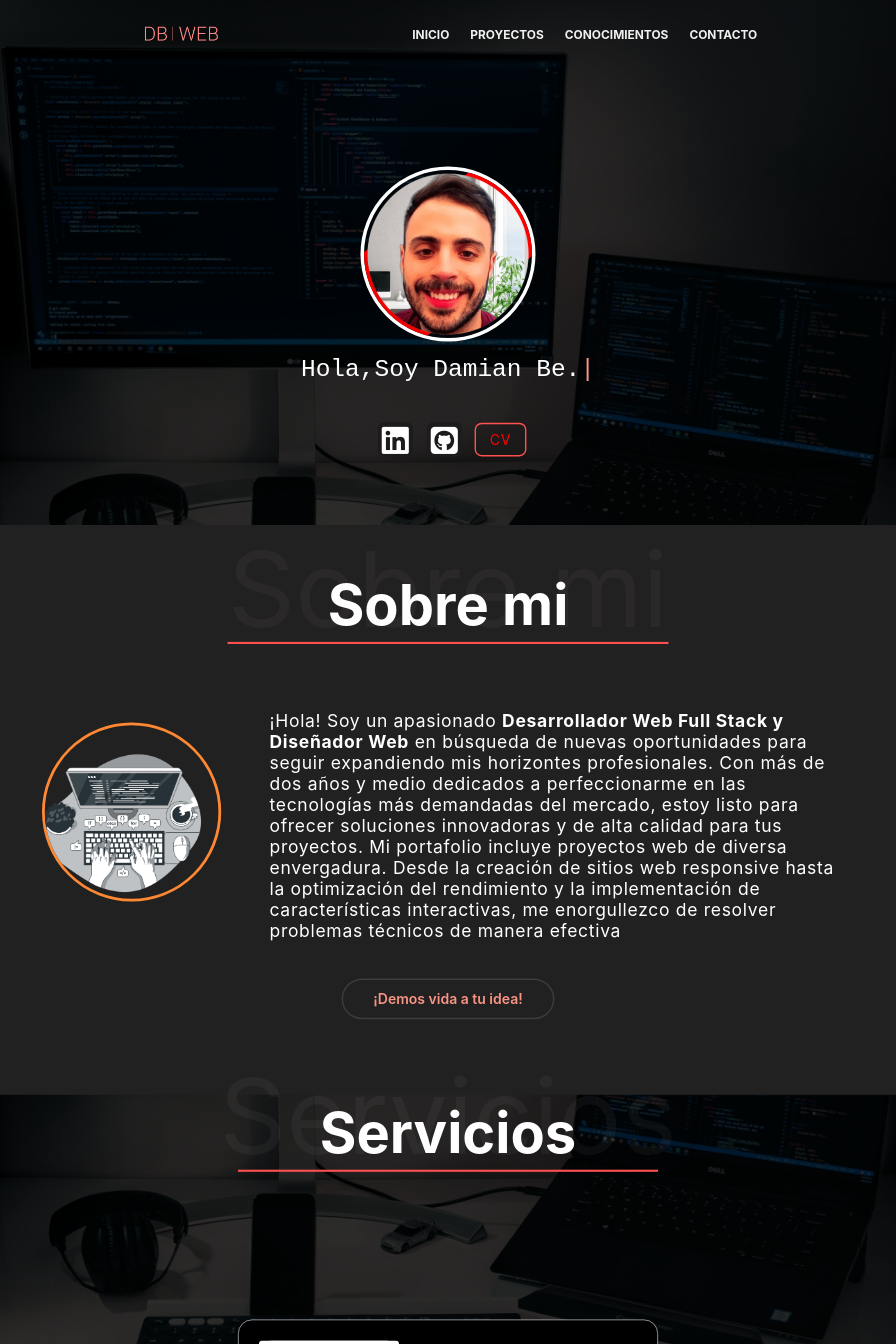
Repository: DamianBermudez94/DB-Porfolio
Page: /
An editor plug-in stored every save of this project. The page is shown before and after the next save, followed by the edit.
The browser window is 1280 px wide. The pictures show the part of the page from y = 0 to 1920 px (the page is 4315 px tall before and 4365 px after), at 70% of full size.
Backgrounds fixed to the window are drawn as part of the page. Some web libraries are served in a nearby version. The project was rebuilt for these pictures with package versions that can differ from the ones it lists, and the page was loaded fresh each time. Also part of the build but not shown: vite.config.js, src/components/Conocimientos/styles.css, src/components/Conocimientos/Conocimientos.jsx, src/pages/AcerdaDe.jsx, src/components/Contacto/styles.css, src/components/Contacto/Contact.jsx, src/pages/contacto.jsx, src/data/trabajos.js and 4 more.

Above is the page before, as saved 2024-04-02 09:31:04.

### index.html
<!DOCTYPE html>
<html lang="es">
  <head>
    <meta charset="utf-8" />
    <meta name="viewport" content="width=device-width, initial-scale=1" />
    <meta name="geo.position" content="-35.1853171; -59.1479442" />
    <link
      rel="icon"
      type="image/png"
      sizes="32x32"
      href="./public/image/icons-favicon-DB.png"
    />
    <link
      rel="apple-touch-icon"
      type="image/png"
      sizes="32x32"
      href="./public/image/icons-favicon-DB.png"
    />

    <link rel="manifest" href="./src/manifiesto.json" />
    <title>Damián Bermúdez - Developer</title>
    <meta name="author" content="Damián Bermúdez" />
    <meta
      name="description"
      content="Desarrollador Web Full Stack - Diseñador Web - Paginás Web - Damián Bermúdez"
    />
    <meta name="theme-color" content="#000000" />
    <!--Estilos-->
    <script
      src="https://kit.fontawesome.com/bdbed0aafa.js"
      crossorigin="anonymous"
    ></script>
    <link rel="preconnect" href="https://fonts.gstatic.com" />
    <link rel="preconnect" href="https://fonts.gstatic.com" />
    <link rel="preconnect" href="https://fonts.gstatic.com" />
    <link rel="preconnect" href="https://fonts.gstatic.com" />
    <link
      href="https://fonts.googleapis.com/css2?family=Raleway:wght@200;300&family=Roboto:wght@100;300&display=swap"
      rel="stylesheet"
    />
  </head>
  <body>
    <div id="root"></div>
    <script type="module" defer src="/src/main.jsx"></script>
  </body>
</html>

### src/main.jsx
import ReactDOM from "react-dom/client";

import App from "./App";
import "./index.css";
const root = ReactDOM.createRoot(document.getElementById("root"));
root.render(<App />);

### src/App.jsx
import { useState, useEffect } from "react";
import { MisRutas } from "./routers/MisRutas";
import { BrowserRouter } from "react-router-dom";
import backgroundImage from "../public/image/banner-parallax2.jpg";
import "./App.css";
function App() {
  const [scrollPosition, setScrollPosition] = useState(0);

  useEffect(() => {
    const handleScroll = () => {
      setScrollPosition(window.pageYOffset);
    };

    window.addEventListener("scroll", handleScroll);

    return () => {
      window.removeEventListener("scroll", handleScroll);
    };
  }, []);

  return (
    <main className="content-main parallax-container">
      <div
        className="parallax-background"
        style={{
          backgroundImage: `url(${backgroundImage})`,
          backgroundPositionY: scrollPosition / 2 + "px",
        }}
      />
      <div className="parallax-content">
        <BrowserRouter>
          <MisRutas />
        </BrowserRouter>
      </div>
    </main>
  );
}

export default App;

### src/index.css
* {
  margin: 0;
  padding: 0;
  box-sizing: border-box;
}
body {
  font-family: -apple-system, BlinkMacSystemFont, "Segoe UI", "Roboto", "Oxygen",
    "Ubuntu", "Cantarell", "Fira Sans", "Droid Sans", "Helvetica Neue",
    sans-serif;
  -webkit-font-smoothing: antialiased;
  -moz-osx-font-smoothing: grayscale;
}

### src/routers/MisRutas.jsx
import {Routes, Route } from "react-router-dom";

import { Inicio } from "../pages/Inicio";
/*import { Servicios } from "../pages/Servicios";*/
import { AcerdaDe } from "../pages/AcerdaDe";
import { Contacto } from "../pages/contacto";
import { Proyectos } from "../pages/Proyecto";
import { Error } from "../components/Error";
import { NavHeader } from "../components/header/NavHeader";
import { Footer } from "../components/Footer/Footer";

export const MisRutas = () => {
  return (
    <div className="layout">
      {/*Header y navegacion*/}
      <NavHeader />
      {/*Contenido general*/}

      <Routes>
        <Route path="/" element={<Inicio />} />
        <Route path="/inicio" element={<Inicio />} />
        <Route path="/conocimientos" element={<AcerdaDe />} />
        <Route path="/contacto" element={<Contacto />} />
        <Route path="/proyecto" element={<Proyectos />} />
        <Route path="*" element={<Error />} />
      </Routes>

      {/* Footer*/}
      <Footer />
    </div>
  );
};

### src/App.css
.parallax-container {
  position: relative;
  overflow: hidden;
  color: #fff;


}
.parallax-background {
  position: absolute;
  top: 0;
  left: 0;
  width: 100%;
  height: 100%;
  background-size: cover;
  background-position: center;
  background-attachment: fixed;

}
.parallax-content {
 /* Agregamos una transición para suavizar la animación */
  padding-top: 150px;
  background-color: rgba(0, 0, 0, 0.8);
  position: relative;
  z-index: 1; /* Asegura que el contenido esté sobre la imagen de fondo */
}

### src/pages/Inicio.jsx
import { Home } from "../components/Home/Home";
export const Inicio = () => {
  return (
    <section>
      <Home />
    </section>
  );
};

### src/components/header/NavHeader.jsx
import { useState, useEffect } from "react";
import { NavLink } from "react-router-dom";
import "./NavHeader.css";
import BurguerButton from "./burgerButton";

export const NavHeader = () => {
  const [clicked, setClicked] = useState(false);
  const [scrolled, setScrolled] = useState(false);
  const handleClick = () => {
    //cuando esta true lo pasa a false y vice versa
    setClicked(!clicked);
  };
  useEffect(() => {
    const handleScroll = () => {
      if (window.scrollY > 50) {
        setScrolled(true);
      } else {
        setScrolled(false);
      }
    };

    window.addEventListener("scroll", handleScroll);

    // Limpiar el event listener en el desmontaje del componente
    return () => {
      window.removeEventListener("scroll", handleScroll);
    };
  }, []);

  return (
    <header className={`header ${scrolled ? "scrolled" : ""}`}>
      <div className="nav-content">
        <div className="logo">
          <NavLink to="/inicio">
            <img
              src={"/image/Logo-DB.png"}
              alt="Damian Bermudez desarrollador web"
            ></img>
          </NavLink>
        </div>

        <BurguerButton
          className="btn-menu"
          clicked={clicked}
          handleClick={handleClick}
        />
        <nav className={`menu ${clicked ? "active" : ""}`}>
          <ul>
            <li>
              <NavLink
                to="/inicio"
                onClick={handleClick}
                className={({ isActive }) => (isActive ? "active" : "")}
              >
                Inicio
              </NavLink>
            </li>
            <li>
              <NavLink
                to="/proyecto"
                onClick={handleClick}
                className={({ isActive }) => (isActive ? "active" : "")}
              >
                proyectos
              </NavLink>
            </li>
            <li>
              <NavLink
                to="/conocimientos"
                onClick={handleClick}
                className={({ isActive }) => (isActive ? "active" : "")}
              >
                conocimientos
              </NavLink>
            </li>
            <li>
              <NavLink
                to="/contacto"
                onClick={handleClick}
                className={({ isActive }) => (isActive ? "active" : "")}
              >
                contacto
              </NavLink>
            </li>
          </ul>
        </nav>
      </div>
    </header>
  );
};

### src/components/Footer/Footer.jsx

import './Footer.css'
export const Footer = () => {
  return (
    <footer className="footer">
      <div className="contenedor-footer container">
          <div className="footer-redes__sociales">
              <a href="https://www.facebook.com" className="link-redes_sociales" ><i className="fab fa-facebook facebook"></i></a>
              <a href="https://www.instagram.com" className="link-redes_sociales" ><i className="fab fa-instagram instagran"></i></a>
              <a href="https://www.linkedin.com" className="link-redes_sociales" ><i className="fab fa-linkedin linkedin"></i></a>
              <a href="https:/www.github.com" className="link-redes_sociales" ><i className="fab fa-github-square github"></i></a>
          </div>
          <hr className='footer-linea__separacion' />
          <div className="footer-text">
              <p className="title-copy">Hecho por<a className="title-footer" href="https://damianbermudezdev.es/">DB|WEB</a></p>
          </div>
      </div>
    </footer>
  )
}

### src/components/header/NavHeader.css
.header {
  height: 80px;
  width: 100%;
  max-width: 1200px;
  display: flex;
  justify-content: space-around;
  align-items: center;
  position: fixed;
  top: 0;
  right: 0;
  left: 0;
  z-index: 1000;
  padding: 50px 20px;
margin: 0 auto;
  transition: background-color 0.5s ease;
}

/* Cambiar el fondo al hacer scroll */
.header.scrolled {
  background-color: rgba(83, 83, 83, 0.9);
  border-radius: 10px;
  display: flex;
  justify-content: center;
  align-items: center;
  position: fixed;

  margin: 0 auto;
}

.nav-content {
  width: 90%;
  height: 80px;
  margin: 0 auto;
  display: flex;
  justify-content: space-around;
  padding: 5px;
  align-items: center;
}
.header .logo img {
  width: 150px;
  height: 100px;
  object-fit: cover;
}

.header nav ul {
  display: flex;
  justify-content: center;
  align-items: center;
  list-style: none;
}
.header li {
  text-decoration: none;
  text-transform: uppercase;
  font-size: 17px;
  font-weight: bold;
  margin: 15px;
}
.header li a {
  text-decoration: none;
  transition: all 300ms;
  color: #f1f1f1;
}
.header .active,
.header a:hover {
  color: rgb(255, 80, 80);
}

.header .btn-menu {
  display: none;
}
@media screen and (max-width: 960px) {
  .header {
    max-width: 900px;
  }

  .header .logo img {
    width: 200px;
    height: 150px;
  }

  .menu {
    list-style-type: none;
    margin: 0;
    padding: 0;
    transform: translateY(-100%);
    transition: transform 0.5s ease-in-out;
    position: fixed;
    top: 150px;
    left: 0%;
    width: 100%;
    height: 100vh;
    width: 100%;
    display: flex;
    flex-direction: column;
    align-items: center;
    justify-content: center;
    height: 0;
    overflow: hidden;
    background-color: rgba(255, 255, 255, 0);
    backdrop-filter: blur(19px);
  }

  .menu.active {
    transform: translateY(0);
    width: 100%;
    height: 100vh;
    bottom: 10px;
    display: block;
    margin: 0 auto;
  }

  .menu ul {
    flex-direction: column;
    align-items: center;
    justify-content: center;
  }

  .menu li {
    width: 100%;
    margin: 10px auto;
    border-bottom: 1px solid rgb(255, 1, 1);
    margin: 10px 0;
    transform: translateY(-50px);
    opacity: 0;
    transition: transform 0.5s ease, opacity 0.5s ease;
  }
  .menu.active li {
    transform: translateY(0);
    opacity: 1;
    padding: 10px;
  }
  .menu a {
    text-decoration: none;
    color: #fff;
    font-size: 20px;
    transition: color 0.3s;
  }
  .menu a:hover {
    color: #ffd700;
  }
}
@media screen and (max-width: 480px) {
  .header {
    padding: 50px;

  }
  .header .logo img {
    width: 150px;
    height: 100px;
  }
}

### src/components/header/burgerButton.jsx
/* eslint-disable react/prop-types */

import styled from "styled-components";

function BurguerButton(props) {
  return (
    <Burguer>
      <div
        onClick={props.handleClick}
        className={`btn-menu nav-icon-5 ${props.clicked ? "open" : ""}`}
      >
        <span></span>
        <span></span>
        <span></span>
      </div>
    </Burguer>
  );
}

export default BurguerButton;

const Burguer = styled.div`
  /* nav-icon-5 */
  .nav-icon-5 {
    width: 35px;
    height: 30px;
    position: relative;
    cursor: pointer;
    display: flex;
    margin: 25px auto;
  }
  .nav-icon-5 span {
    background-color: #fff;
    position: absolute;
    border-radius: 2px;
    transition: 0.3s cubic-bezier(0.8, 0.5, 0.2, 1.4);
    width: 100%;
    height: 4px;
    transition-duration: 500ms;
  }
  .nav-icon-5 span:nth-child(1) {
    top: 0px;
    left: 0px;
  }
  .nav-icon-5 span:nth-child(2) {
    top: 13px;
    left: 0px;
    opacity: 1;
  }
  .nav-icon-5 span:nth-child(3) {
    bottom: 0px;
    left: 0px;
  }
  .nav-icon-5:not(.open):hover span:nth-child(1) {
    transform: rotate(-3deg) scaleY(1.1);
  }
  .nav-icon-5:not(.open):hover span:nth-child(2) {
    transform: rotate(3deg) scaleY(1.1);
  }
  .nav-icon-5:not(.open):hover span:nth-child(3) {
    transform: rotate(-4deg) scaleY(1.1);
  }
  .nav-icon-5.open span:nth-child(1) {
    transform: rotate(45deg);
    top: 13px;
  }
  .nav-icon-5.open span:nth-child(2) {
    opacity: 0;
  }
  .nav-icon-5.open span:nth-child(3) {
    transform: rotate(-45deg);
    top: 13px;
  }
  @media screen and (min-width: 960px) {
    .btn-menu {
      display: none;
    }
  }
`;

### src/components/Footer/Footer.css
.footer {
  min-height: 120px;
  line-height: 7px;
  text-align: center;
  font-size: 22px;
  padding: 45px;
  background-color: #212121;
}

.contenedor-footer {
  display: flex;
  flex-direction: column;
  justify-content: center;
  align-content: center;
  margin: 0 auto;
  padding: 20px;
}
.footer-text {
  display: flex;
  justify-content: center;
  align-items: center;
  padding: 10px;
  margin-top: 20px;
}
.title-copy {
  text-align: center;
  font-size: 26px;
  font-weight: 300;
}
.title-footer {
  text-decoration: none;
  color: rgb(252, 136, 136);
  margin-left: 5px;
}
.footer-linea__separacion{
  height: 1px;
  width: 100%;
  max-width: 700px;
  margin: 0 auto;


}
body.dark .title-copy {
  color: #f1f1f1;
}

.footer-redes__sociales {
  display: flex;
  justify-content: center;
  align-items: center;
  text-align: center;
  margin-bottom: 10px;
}
.link-redes_sociales {
  text-decoration: none;
  width: 50px;
  height: 50px;
  margin: 10px;
  color: rgb(255, 255, 255);
  background-color: rgb(28, 28, 28);
  border-radius: 10px;
  text-align: center;
  position: relative;
  transition: transform 0.4s;
  font-size: 26px;
  padding: 4px;
}
.link-redes_sociales:hover {
  transform: rotate(45deg);
}
.link-redes_sociales::before {
  content: "";
  position: absolute;
  width: 100%;
  height: 100%;
  opacity: 0;
  background-color: #373737;
  border-radius: 10px;
  transition: opacity 0.2s;
}
.link-redes_sociales:hover::before {
  opacity: 0.4;
}
.link-redes_sociales:nth-child(1)::before {
  background-color: rgb(255, 80, 80);
}
.link-redes_sociales:nth-child(2)::before {
  background-color: rgb(255, 80, 80);
}
.link-redes_sociales:nth-child(3)::before {
  background-color: rgb(255, 80, 80);
}
.link-redes_sociales:nth-child(4)::before {
  background-color: rgb(255, 80, 80);
}

.link-redes_sociales:hover::before {
  transform: translate(-4px, -4px);
  filter: blur(10px);
}

.link-redes_sociales i {
  font-size: 1.7em;
  transition: all 0.4s;
}
.link-redes_sociales:hover i {
  color: #f1f1f1;
  transform: rotate(-45deg);
}

body.dark .redes-sociales i {
  color: #f1f1f1;
}

### src/components/TextoCustom/CustomText.jsx
/* eslint-disable react/prop-types */
import  { useState, useEffect } from 'react';
import './styles.css';

const CustomText = ({ words, typingDelay = 200, changingDelay = 3000 }) => {
  const [index, setIndex] = useState(0);
  const [subIndex, setSubIndex] = useState(0);
  const [reverse, setReverse] = useState(false);

  // Efecto para manejar la escritura y eliminación de las palabras
  useEffect(() => {
    if (subIndex === words[index].length + 1 && !reverse) {
      setReverse(true);
      return;
    }

    if (subIndex === 0 && reverse) {
      setReverse(false);
      setIndex((prev) => (prev + 1) % words.length);
      return;
    }

    const timeout = setTimeout(() => {
      setSubIndex((prev) => prev + (reverse ? -1 : 1));
    }, typingDelay);

    return () => clearTimeout(timeout);
  }, [subIndex, index, reverse]);

  // Efecto para cambiar la palabra después de un cierto tiempo
  useEffect(() => {
    if (!reverse) {
      return;
    }

    const timeout = setTimeout(() => {
      setReverse(false);
      setIndex((prev) => (prev + 1) % words.length);
    }, changingDelay);

    return () => clearTimeout(timeout);
  }, [reverse]);

  return (
    <div className="typewriter">
      <span>{`${words[index].substring(0, subIndex)}${reverse ? '.' : ' '}`}</span>
    </div>
  );
};

export default CustomText;

### src/components/TextoCustom/styles.css
.typewriter span {

    display: flex;
    align-items: center;
    justify-content: center;
    font-size: 35px;
    font-family: monospace;
    overflow: hidden;
    white-space: nowrap;
    padding: 20px;
  }

  .typewriter span:after {
    content: '|';
    animation: blink-caret .75s step-end infinite;
    color: #fa9484;
  }

  @keyframes blink-caret {
    from, to { border-color: transparent }
    50% { border-color: black }
  }

  @media (max-width: 780px) {
    .typewriter span {
       font-size: 30px;
      }
  }
  @media (max-width: 780px) {
    .typewriter span {
       font-size: 20px;
      }
  }

### src/components/Servicios/styles.css
/**--Mis Servicios--**/
.section-servicios {
  width: 100%;
  padding: 0;
  margin: 0;
}
.title-servicios {
  width: 100%;
  max-width: 600px;
  font-size: 80px;
  margin: auto;
  text-align: center;
  padding: 5px;
  color: rgb(255, 255, 255);
  border-bottom: 3px solid rgb(255, 80, 80);
}
.sub-title__servicios {
  display: flex;
  justify-content: center;
  width: 100%;
  position: relative;
  opacity: 0.04;
  font-size: 150px;
  top: -170px;
  color: rgb(255, 255, 255);
  margin: 0 auto;
}
.container-card_servicios {
  width: 100%;
  max-width: 1000px;
  display: grid;
  grid-template-columns: repeat(2, 1fr);
  padding: 5px;
  gap: 25px;
  margin: 0 auto;
}

.card {
  max-width: 600px;
  border-radius: 20px;
  margin: 20px auto;
  background-color: rgb(0, 0, 0);
  position: relative;
  padding: 1.8rem;
  border: 1px solid #c3c6ce;
  transition: 0.5s ease-out;
  cursor: pointer;
}

.card-details {
  display: grid;
  gap: 0.5em;
  grid-template-columns: repeat(2, 1fr);
  align-items: center;
  color: #fff;
  margin: 0 auto;
}
.card-details img {
  width: 200px;
  height: 100px;
object-fit: contain;
  background-color: #fff;
  color: #fff;
  border-radius: 5px;
}

.text-title {
  font-size: 2em;
}
.text-body {
  grid-column: span 2;
  color: #fff;
  font-size: 1.3em;
  padding: 5px;
}

.card:hover {
  border-color: #fa9484;
  box-shadow: 0 4px 18px 0 rgba(250, 82, 82, 0.2);
}

.card:hover .card-button {
  transform: translate(-50%, 50%);
  opacity: 1;
}

.card-button {
  transform: translate(-50%, 125%);
  width: 60%;
  text-decoration: none;
  border-radius: 1rem;
  border: none;
  background-color: rgb(255, 80, 80);
  color: #fff;
  font-size: 1.3rem;
  text-align: center;
  padding: 0.5rem 1rem;
  position: absolute;
  left: 50%;
  bottom: 0;
  opacity: 0;
  transition: 0.3s ease-out;
}
.card-button:hover {
  background-color: rgb(255, 255, 255);
  color: #fa9484;
  border: 1px solid rgb(255, 80, 80);
}
/**--- Estilos Scrol --- **/

.scroll-reveal-derecha {
  opacity: 0;
  transform: translateX(80px);
  transition: opacity 0.8s ease, transform 0.8s ease;
}

.scroll-reveal-derecha.visible {
  opacity: 1;
  transform: translateX(0);
}
.scroll-reveal-izquierda {
  opacity: 0;
  transform: translateX(-80px);
  transition: opacity 0.8s ease, transform 0.8s ease;
}
.scroll-reveal-izquierda.visible {
  opacity: 1;
  transform: translateX(0);
}

/**--- Responsive Mis-Servivios**/

@media (max-width: 1380px) {
  .card {
    margin: 10px auto;
  }
  .container-card_servicios {
    width: 100%;
    grid-template-columns: repeat(1, 1fr);
    justify-content: center;
    margin: 0 auto;
    padding: 20px;
  }
}

@media (max-width: 767px) {
  .card-details {
    grid-template-columns: repeat(1, 1fr);
    justify-items: center;
  }
  .card-details p {
    grid-column: span 1;
  }
  .title-servicios {
    font-size: 50px;
    max-width: 400px;
    margin: auto;
    text-align: center;
    padding: 5px;
    color: rgb(255, 255, 255);
    border-bottom: 3px solid rgb(255, 80, 80);
  }
  .sub-title__servicios {
    font-size: 90px;
    top: -100px;
    color: rgb(253, 214, 214);
  }
}
@media (max-width: 480px) {
  .title-servicios {
    font-size: 35px;
    max-width: 300px;
  }
}

Loaded but not shown: src/components/Home/styles.css (402 lines, source omitted); src/components/Servicios/Service.jsx (169 lines, source omitted); src/components/Home/Home.jsx (143 lines, source omitted)

After the next save:
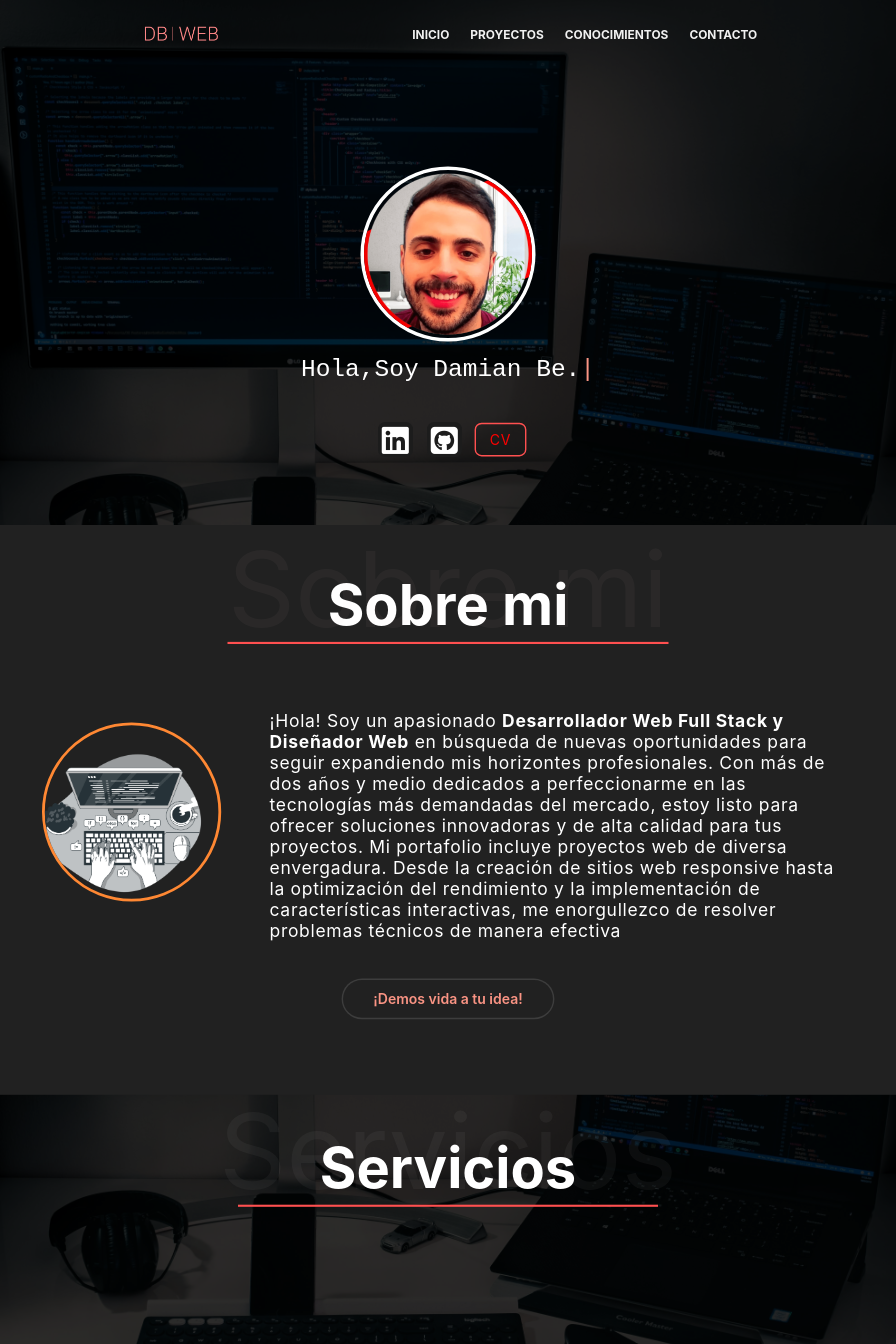
Saved 11 s later.
--- a/src/components/Servicios/styles.css
+++ b/src/components/Servicios/styles.css
@@ -2,7 +2,7 @@
 .section-servicios {
   width: 100%;
   padding: 0;
-  margin: 0;
+  margin-top: 50px;
 }
 .title-servicios {
   width: 100%;
